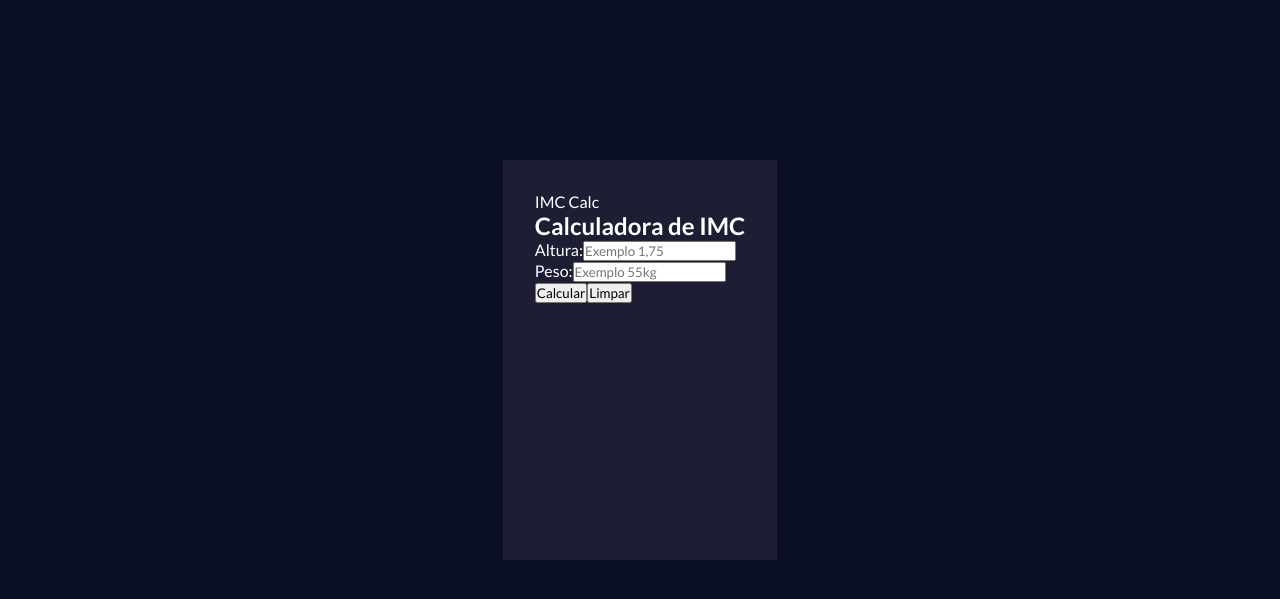
Repository: Bitroia/imc-calc-react
Page: / (app in imc/imc-calc/)
These files come from the project's save history. The page is drawn as it stood at one moment and after the next save; the edit follows.
The browser window is 1280 px wide. The pictures show the whole page.
The project was rebuilt for these pictures with package versions that can differ from the ones it lists, and the page was loaded fresh each time. Also part of the build but not shown: imc/imc-calc/vite.config.js, imc/imc-calc/src/components/Button.css.

Above is the page before, as saved 2026-05-26 18:41:50.

After the next save:
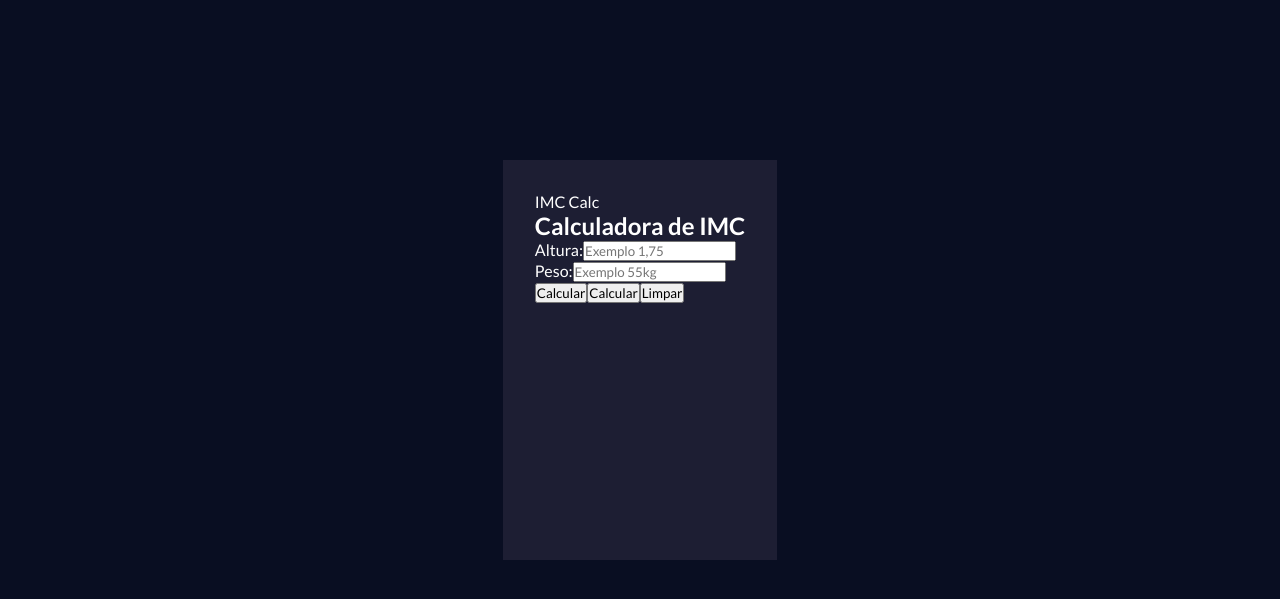
Saved 6 s later.
--- a/imc/imc-calc/src/components/ImcCalc.jsx
+++ b/imc/imc-calc/src/components/ImcCalc.jsx
@@ -28,6 +28,7 @@ const ImcCalc = () => {
         </div>
         <div className="action-control">
             <Button id="calc-btn" text="Calcular"/>
+            <Button id="calc-btn" text="Calcular"/>
             <button>Limpar</button>
         </div>
       </form>
